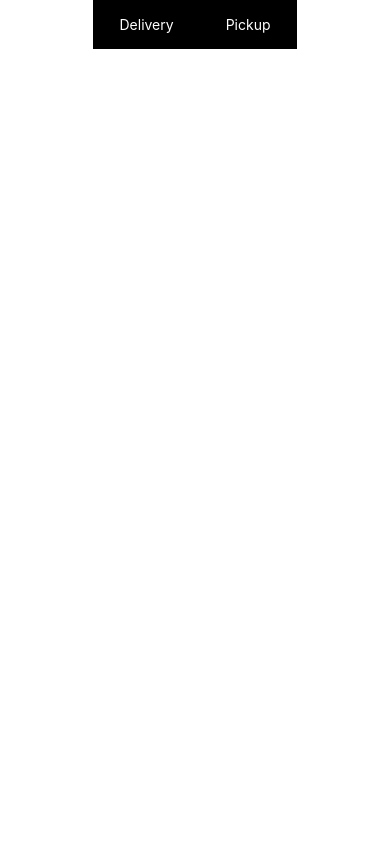
Repository: MoussaAKHYAR/uber-eats-app-react-native
Screen: /
These files come from the project's save history. The screen is drawn as it stood at one moment and after the next save; the edit follows.
The app was drawn by React Native's web renderer in a window 390 px wide. The project was rebuilt for these pictures with package versions that can differ from the ones it lists, and the page was loaded fresh each time.

Above is the screen before, as saved 2022-06-29 15:36:15.

### App.js
import { StatusBar } from 'expo-status-bar';
import { StyleSheet, Text, View } from 'react-native';
import Home from './screens/Home';

export default function App() {
  return (
    <Home/>
  );
}

const styles = StyleSheet.create({
  container: {
    flex: 1,
    backgroundColor: '#fff',
    alignItems: 'center',
    justifyContent: 'center',
  },
});

### screens/Home.js
import { View, Text, SafeAreaView } from 'react-native'
import React from 'react'
import HeaderTabs from '../components/HeaderTabs'

export default function Home() {
  return (
    <SafeAreaView>
      <HeaderTabs/>
    </SafeAreaView>
  )
}

### components/HeaderTabs.js
import { View, Text, TouchableOpacity } from 'react-native'
import React from 'react'

export default function HeaderTabs() {
    return (
        <View style={{flexDirection:"row", alignSelf:"center"}}>
            <HeaderButton text="Delivery"/>
            <HeaderButton text="Pickup" />
        </View>
    )
}

const HeaderButton = (props) => (
    <TouchableOpacity style={{
        backgroundColor:"black",
        paddingVertical:16,
        paddingHorizontal:26,

    }}>
        <Text style={{color:"white"}}>{props.text}</Text>
    </TouchableOpacity>
);

After the next save:
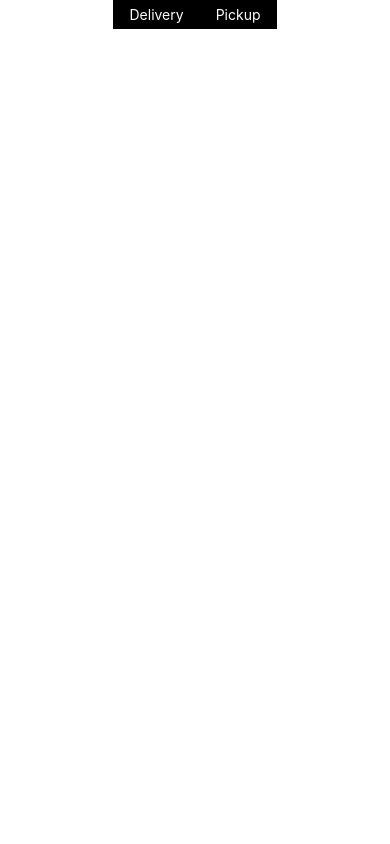
Saved 5 s later.
--- a/components/HeaderTabs.js
+++ b/components/HeaderTabs.js
@@ -13,8 +13,8 @@ export default function HeaderTabs() {
 const HeaderButton = (props) => (
     <TouchableOpacity style={{
         backgroundColor:"black",
-        paddingVertical:16,
-        paddingHorizontal:26,
+        paddingVertical:6,
+        paddingHorizontal:16,
 
     }}>
         <Text style={{color:"white"}}>{props.text}</Text>
